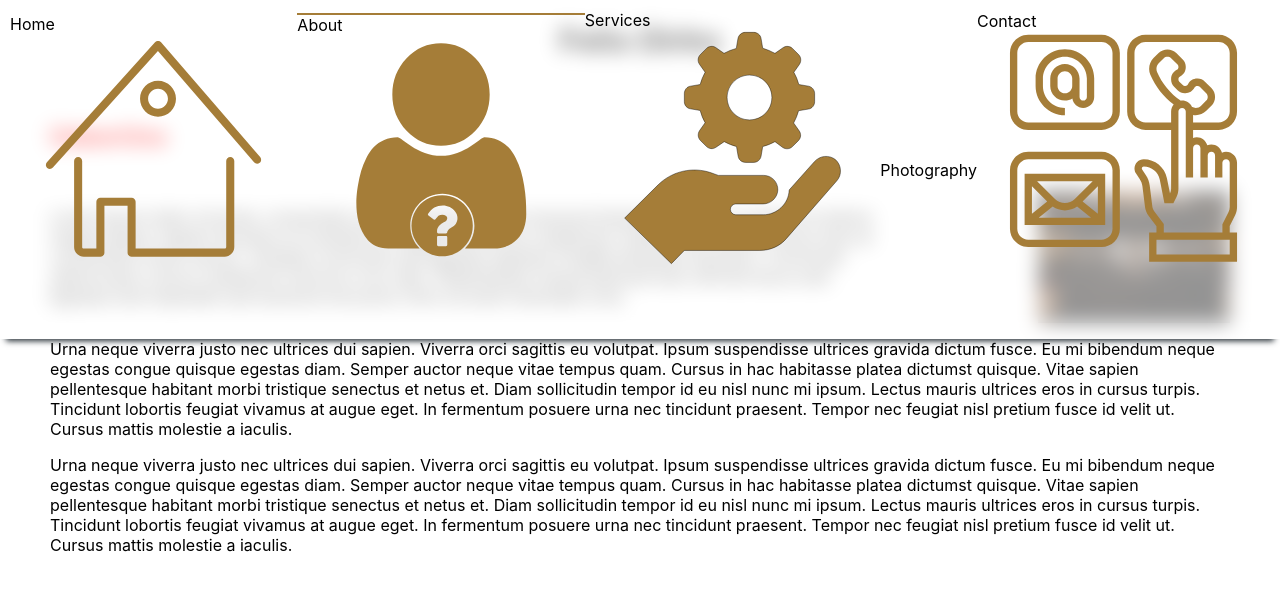
Repository: muhanad-musawi/backend-projekt-frondend
Page: /About (app in pohtographer/)
These files come from the project's save history. The page is drawn as it stood at one moment and after the next save; the edit follows.
The browser window is 1280 px wide. The pictures show the whole page.
The project was rebuilt for these pictures with package versions that can differ from the ones it lists, and the page was loaded fresh each time. The framework's server and built-in components were replaced by stand-ins that run in the browser. Also part of the build but not shown: pohtographer/next.config.js, pohtographer/styles/Footer.module.css.

Above is the page before, as saved 2022-03-24 09:54:20.

After the next save:
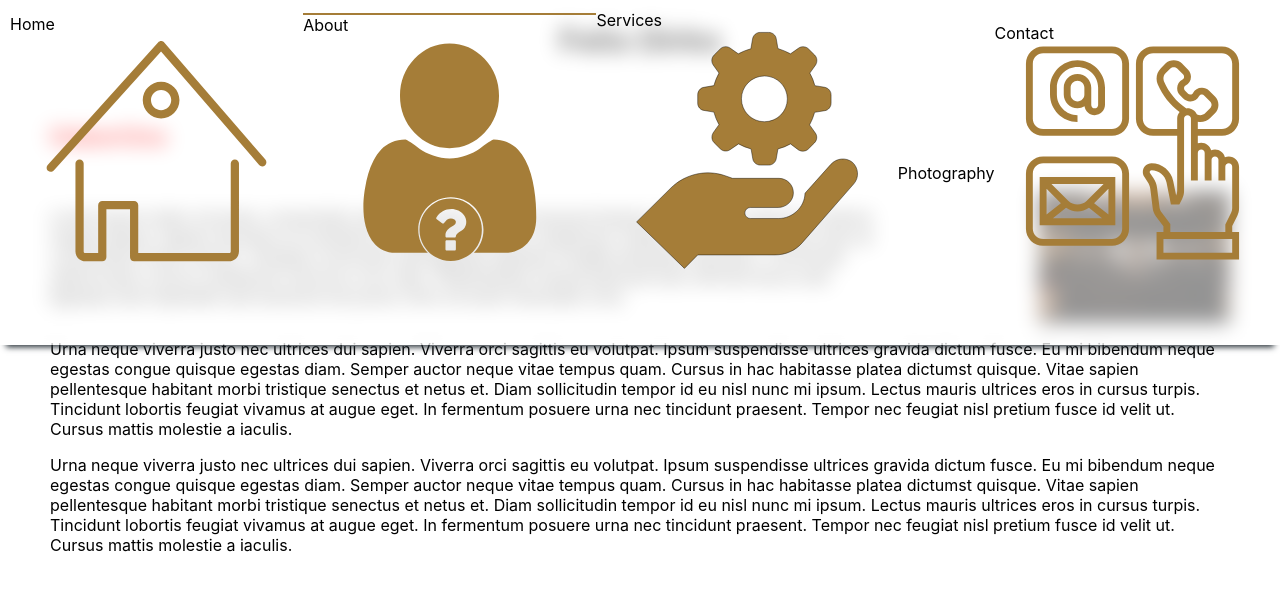
Saved 101 s later.
--- a/pohtographer/components/Header.jsx
+++ b/pohtographer/components/Header.jsx
@@ -64,7 +64,7 @@ function Header() {
 
         <Link href="/Contact">
           <div className={router.pathname == "/Contact" ? styles.active : ""}>
-          <span className='desktopVersion'>Contact</span>
+          <span className={styles.desktopVersion}>Contact</span>
 
         <span className='mobileVersion'>
 
